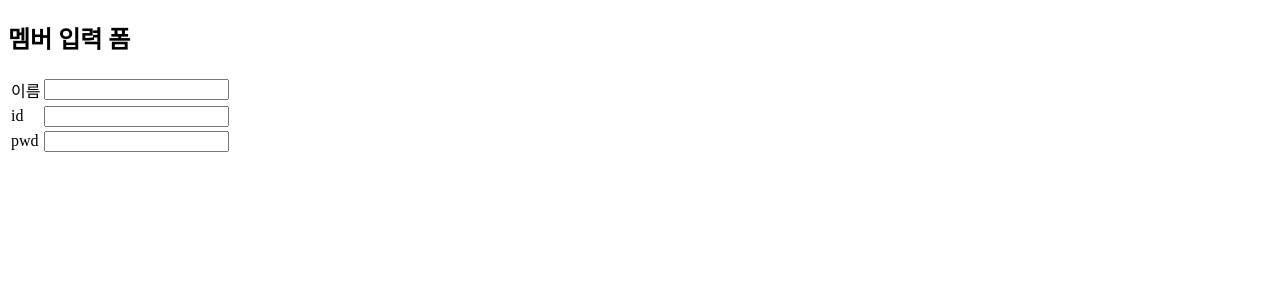
Repository: y0y00700/Jsp_study
Page: http://localhost/web-Practice/javaBean/addMember.jsp
The author's editor kept a copy of each file at every save. The page is drawn from the files as they stood at one save, then again after the next save.
The browser window is 1280 px wide. The pictures show the whole page.
The page is served by Tomcat 9. Other server files are loaded and not shown.

Above is the page before, as saved 2024-09-22 11:36:47.

### jsp_workspace/web-Practice/src/main/webapp/javaBean/addMember.jsp
<%@ page language="java" contentType="text/html; charset=UTF-8"
    pageEncoding="UTF-8"%>
<!DOCTYPE html>
<html>
<head>
<meta charset="UTF-8">
<title>멤버 가입 입력 폼</title>
</head>
<body>
	<h2>멤버 입력 폼</h2>
	<form method = "get" action = "PrintAddMember.jsp">
		<table>
			<tr>
				<td> 이름 </td>
				<td> <input type="text" name="name" size="20"></td>
			</tr>
			<tr>
				<td> id </td>
				<td> <input type="text" name="id" size="20"></td>
			</tr>
			<tr>
				<td> pwd </td>
				<td> <input type="text" name="pwd" size="20"></td>
			</tr>
		</table>
	</form>
</body>
</html>

After the next save:
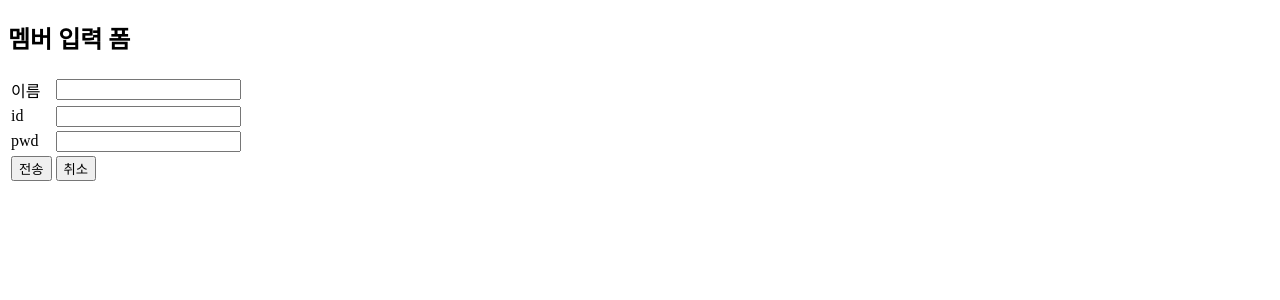
Saved 75 s later.
--- a/jsp_workspace/web-Practice/src/main/webapp/javaBean/addMember.jsp
+++ b/jsp_workspace/web-Practice/src/main/webapp/javaBean/addMember.jsp
@@ -22,6 +22,10 @@
 				<td> pwd </td>
 				<td> <input type="text" name="pwd" size="20"></td>
 			</tr>
+			<tr>
+				<td><input type="submit" value="전송"></td>
+				<td><input type="reset" value="취소"></td>
+			</tr>
 		</table>
 	</form>
 </body>
